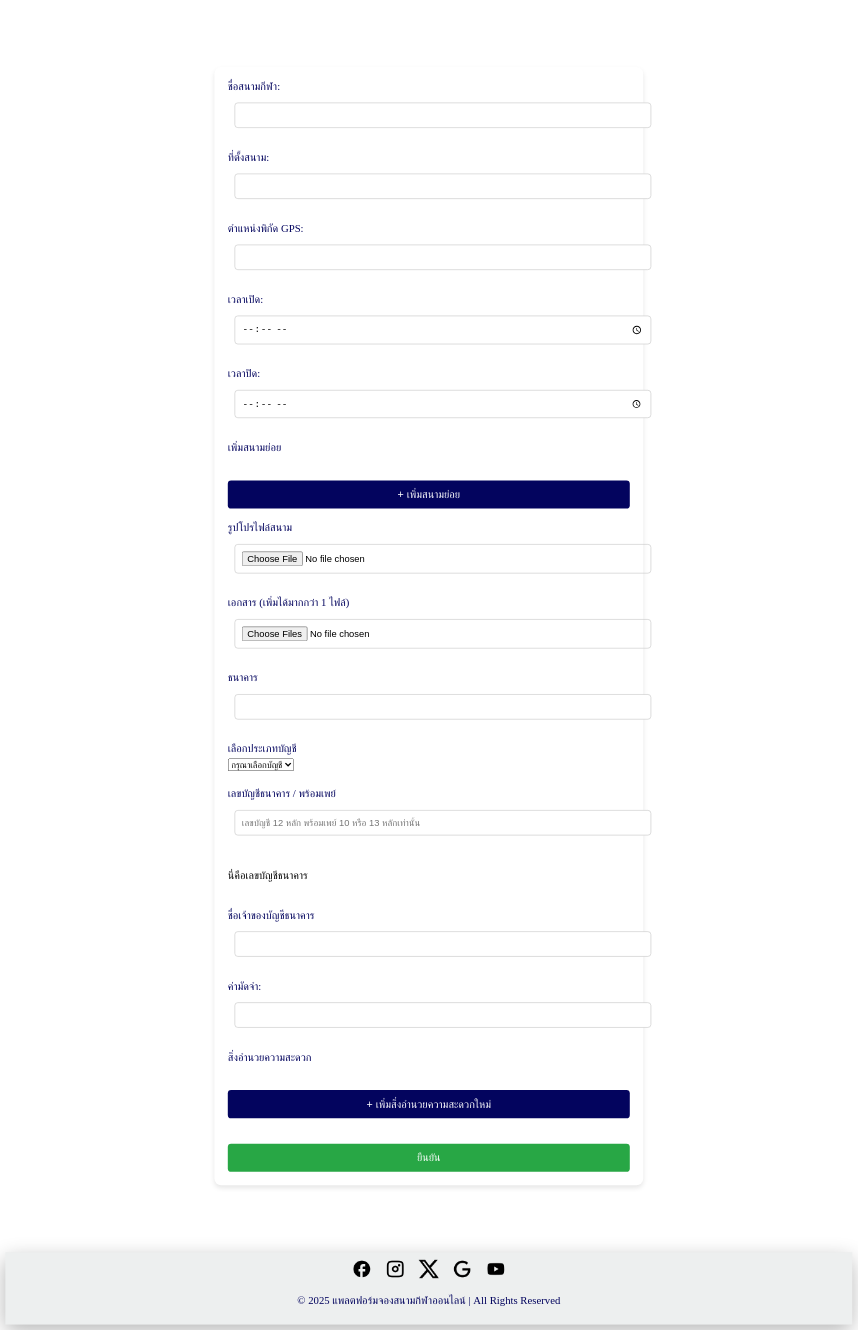
Repository: narawit101/project2
Page: /register-field (app in frontend/)
An editor plug-in stored every save of this project. The page is shown before and after the next save, followed by the edit.
The browser window is 1280 px wide. The pictures show the whole page, at 67% of full size.
The page's requests for data from a server got no answer. The project was rebuilt for these pictures with package versions that can differ from the ones it lists, and the page was loaded fresh each time. The framework's server and built-in components were replaced by stand-ins that run in the browser. No one was signed in, and anything a server would have sent is missing. Also part of the build but not shown: frontend/next.config.js, frontend/next.config.mjs, frontend/src/app/globals.css.

Above is the page before, as saved 2025-03-19 12:03:28.

After the next save:
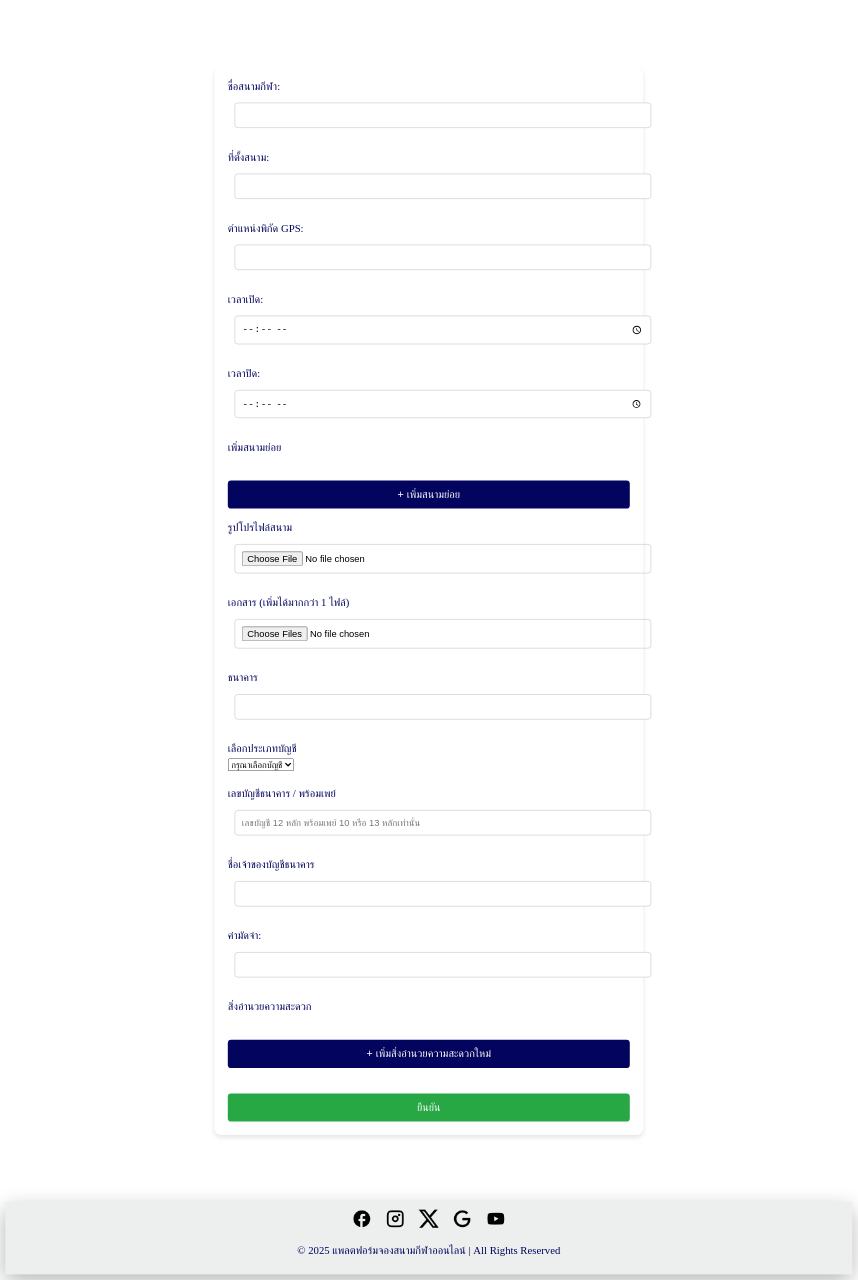
Saved 36 s later.
--- a/frontend/src/app/components/RegisterFieldForm.jsx
+++ b/frontend/src/app/components/RegisterFieldForm.jsx
@@ -405,79 +405,74 @@ export default function RegisterFieldForm() {
           </div>
         )} */}
 
-<div className="input-group">
-  <label htmlFor="bank">ธนาคาร</label>
-  <input
-    type="text"
-    name="name_bank"
-    value={fieldData.name_bank}
-    onChange={handleFieldChange}
-  />
-</div>
-
-<div className="input-group">
-  <label htmlFor="account-type">เลือกประเภทบัญชี</label>
-  <select
-    name="account_type" // เปลี่ยนชื่อ name เพื่อไม่ให้ชนกับ input
-    value={fieldData.account_type}
-    onChange={(e) => {
-      const value = e.target.value;
-      setFieldData({ ...fieldData, account_type: value, number_bank: "" }); // เคลียร์เลขบัญชีเมื่อเลือกประเภทบัญชีใหม่
-    }}
-  >
-    <option value="">กรุณาเลือกบัญชี</option>
-    <option value="ธนาคาร">ธนาคาร</option>
-    <option value="พร้อมเพย์">พร้อมเพย์</option>
-  </select>
-</div>
-
-<div className="input-group">
-  <label htmlFor="number_bank">เลขบัญชีธนาคาร / พร้อมเพย์</label>
-  <input
-    type="number"
-    name="number_bank"
-    placeholder="เลขบัญชี 12 หลัก พร้อมเพย์ 10 หรือ 13 หลักเท่านั้น"
-    value={fieldData.number_bank}
-    onChange={(e) => {
-      const value = e.target.value;
-      const isPromptPay = fieldData.account_type === "พร้อมเพย์"; // ตรวจสอบประเภทบัญชีที่เลือก
-
-      // ✅ อนุญาตเฉพาะตัวเลข
-      if (/^\d*$/.test(value)) {
-        // ✅ ตรวจสอบจำนวนหลัก
-        if (
-          (isPromptPay && value.length <= 13) || // พร้อมเพย์ 10 หรือ 13 หลัก
-          (!isPromptPay && value.length <= 12) // ธนาคาร 12 หลัก
-        ) {
-          setFieldData({ ...fieldData, number_bank: value });
-        }
-      }
-    }}
-    onBlur={() => {
-      const isPromptPay = fieldData.account_type === "พร้อมเพย์"; // ตรวจสอบประเภทบัญชีที่เลือก
-      const length = fieldData.number_bank.length;
-
-      // ✅ ตรวจสอบความถูกต้องของเลขที่กรอก
-      if (
-        (!isPromptPay && length !== 12) || // ถ้าเป็นบัญชีธนาคารต้อง 12 หลัก
-        (isPromptPay && length !== 10 && length !== 13) // ถ้าเป็นพร้อมเพย์ต้อง 10 หรือ 13 หลัก
-      ) {
-        setMessage("เลขที่กรอกไม่ถูกต้อง กรุณากรอกให้ตรงกับเงื่อนไข");
-        setFieldData({ ...fieldData, number_bank: "" }); // เคลียร์ค่า
-      }
-    }}
-    maxLength={13} // ✅ จำกัดสูงสุดที่ 13 หลัก
-  />
-</div>
-
-<div className="input-group">
-  <p>
-    {fieldData.account_type === "พร้อมเพย์"
-      ? "นี่คือหมายเลขพร้อมเพย์"
-      : "นี่คือเลขบัญชีธนาคาร"}
-  </p>
-</div>
-
+        <div className="input-group">
+          <label htmlFor="bank">ธนาคาร</label>
+          <input
+            type="text"
+            name="name_bank"
+            value={fieldData.name_bank}
+            onChange={handleFieldChange}
+          />
+        </div>
+
+        <div className="input-group">
+          <label htmlFor="account-type">เลือกประเภทบัญชี</label>
+          <select
+            name="account_type" // เปลี่ยนชื่อ name เพื่อไม่ให้ชนกับ input
+            value={fieldData.account_type}
+            onChange={(e) => {
+              const value = e.target.value;
+              setFieldData({
+                ...fieldData,
+                account_type: value,
+                number_bank: "",
+              }); // เคลียร์เลขบัญชีเมื่อเลือกประเภทบัญชีใหม่
+            }}
+          >
+            <option value="">กรุณาเลือกบัญชี</option>
+            <option value="ธนาคาร">ธนาคาร</option>
+            <option value="พร้อมเพย์">พร้อมเพย์</option>
+          </select>
+        </div>
+
+        <div className="input-group">
+          <label htmlFor="number_bank">เลขบัญชีธนาคาร / พร้อมเพย์</label>
+          <input
+            type="number"
+            name="number_bank"
+            placeholder="เลขบัญชี 12 หลัก พร้อมเพย์ 10 หรือ 13 หลักเท่านั้น"
+            value={fieldData.number_bank}
+            onChange={(e) => {
+              const value = e.target.value;
+              const isPromptPay = fieldData.account_type === "พร้อมเพย์"; // ตรวจสอบประเภทบัญชีที่เลือก
+
+              // ✅ อนุญาตเฉพาะตัวเลข
+              if (/^\d*$/.test(value)) {
+                // ✅ ตรวจสอบจำนวนหลัก
+                if (
+                  (isPromptPay && value.length <= 13) || // พร้อมเพย์ 10 หรือ 13 หลัก
+                  (!isPromptPay && value.length <= 12) // ธนาคาร 12 หลัก
+                ) {
+                  setFieldData({ ...fieldData, number_bank: value });
+                }
+              }
+            }}
+            onBlur={() => {
+              const isPromptPay = fieldData.account_type === "พร้อมเพย์"; // ตรวจสอบประเภทบัญชีที่เลือก
+              const length = fieldData.number_bank.length;
+
+              // ✅ ตรวจสอบความถูกต้องของเลขที่กรอก
+              if (
+                (!isPromptPay && length !== 12) || // ถ้าเป็นบัญชีธนาคารต้อง 12 หลัก
+                (isPromptPay && length !== 10 && length !== 13) // ถ้าเป็นพร้อมเพย์ต้อง 10 หรือ 13 หลัก
+              ) {
+                setMessage("เลขที่กรอกไม่ถูกต้อง กรุณากรอกให้ตรงกับเงื่อนไข");
+                setFieldData({ ...fieldData, number_bank: "" }); // เคลียร์ค่า
+              }
+            }}
+            maxLength={13} // ✅ จำกัดสูงสุดที่ 13 หลัก
+          />
+        </div>
         <div className="input-group">
           <label htmlFor="bank">ชื่อเจ้าของบัญชีธนาคาร</label>
           <input
